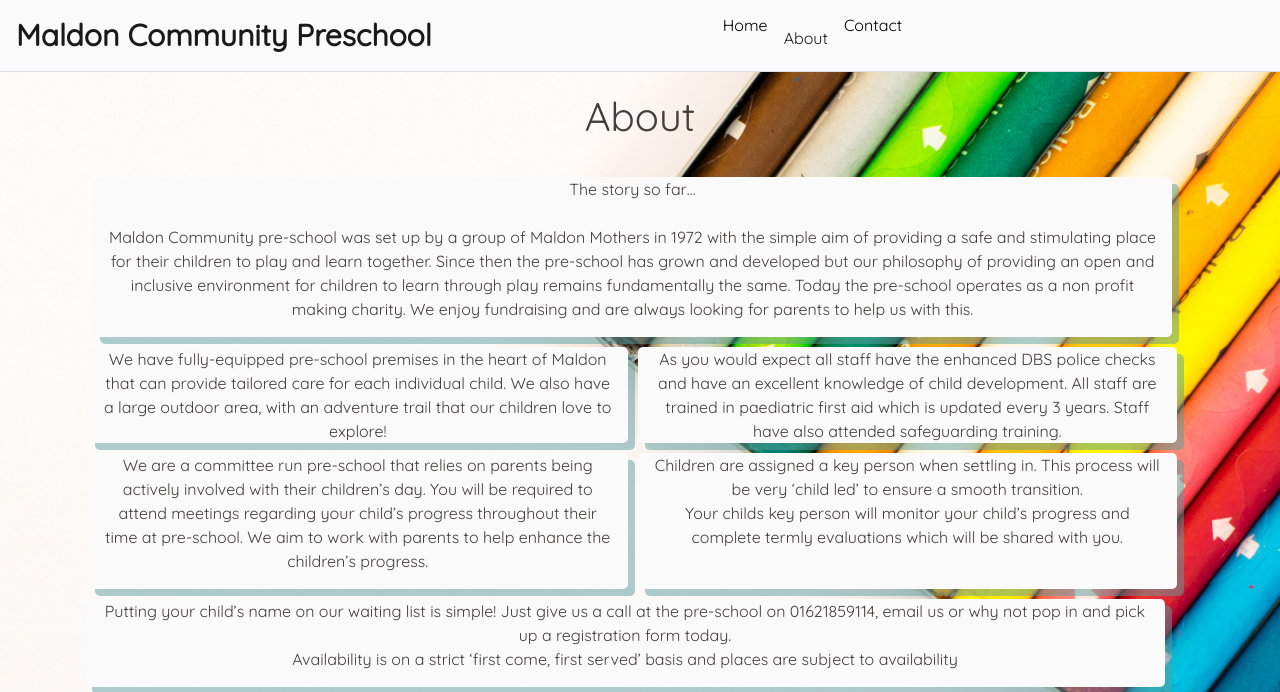
Repository: parkslee/milestone_1
Page: about.html
The author's editor kept a record of every edit. The page is drawn from the files as they stood at one moment, then again after the next edit.
The browser window is 1280 px wide. The pictures show the part of the page from y = 0 to 692 px (the page is 1340 px tall).
Pictures or frames that could not be fetched are drawn as grey boxes. Some web libraries are served in a nearby version.

Above is the page before.

### about.html
<!DOCTYPE html>
<html lang="en">

<head>
    <meta charset="UTF-8">
    <meta name="viewport" content="width=device-width, initial-scale=1.0">
    <meta http-equiv="X-UA-Compatible" content="ie=edge">
    <link rel="stylesheet" href="https://maxcdn.bootstrapcdn.com/bootstrap/4.2.1/css/bootstrap.min.css" type="text/css" />
    <link rel="stylesheet" href="https://maxcdn.bootstrapcdn.com/font-awesome/4.7.0/css/font-awesome.min.css" type="text/css" />
    <link rel="stylesheet" href="https://cdnjs.cloudflare.com/ajax/libs/hover.css/2.1.1/css/hover-min.css" type="text/css" />

    <link rel="stylesheet" href="assets\css\style.css">
    <title>About</title>
</head>

<body class="about-image">
    <!----------------------------------------------------------------navigation-->
    <header>
        <div class="container-fullwidth">
            <nav class="navbar navbar-expand-lg navbar-light bg-light-about border-bottom ">
                <a class="navbar-brand" href="./index.html">Maldon Community Preschool</a>
                <button class="navbar-toggler" type="button" data-toggle="collapse" data-target="#navbarNav" aria-controls="navbarNav" aria-expanded="false" aria-label="Toggle navigation">
                    <span class="navbar-toggler-icon"></span>
                </button>
                <div class="collapse navbar-collapse" id="navbarNav">
                    <ul class="navbar-nav text-center ml-auto">
                        <li class="nav-item">
                            <a class="nav-link-star" href="./index.html">Home </a>
                        </li>
                        <li class="nav-item">
                            <a class="nav-link active" href="./about.html">About<span
                                    class="sr-only">(current)</span></a>
                        </li>
                        <li class="nav-item">
                            <a class="nav-link-star" href="./contact.html">Contact</a>
                        </li>
                        <li class="nav-item">
                            <a class="nav-link" href="./calender.html">Term Calender</a>
                        </li>
                        <li class="nav-item">
                            <a class="nav-link" href="./newsletter.html">Newsletter</a>
                        </li>
                        <li class="nav-item">
                            <a class="nav-link" href="./updates.html">Recent Updates</a>
                        </li>
                    </ul>
                </div>
            </nav>
        </div>
    </header>


    <div class="about-content">

                <h1>About</h1>
                <br>

        <div class="row justify-content-center">

            <div class="col-sm-12 col-md-10 newsletter-blocks">

                <p>The story so far…
                    <br>
                    <br> Maldon Community pre-school was set up by a group of Maldon Mothers in 1972 with the simple aim of providing a safe and stimulating place for their children to play and learn together. Since then the pre-school has grown and developed
                    but our philosophy of providing an open and inclusive environment for children to learn through play remains fundamentally the same. Today the pre-school operates as a non profit making charity. We enjoy fundraising and are always
                    looking for parents to help us with this.</p>

            </div>

                <div class="col-sm-12 col-md-5 newsletter-blocks">We have fully-equipped pre-school premises in the heart of Maldon that can provide tailored care for each individual child. We also have a large outdoor area, with an adventure trail that our children love to explore!
                </div>

                <div class="col-sm-12 col-md-5 newsletter-blocks">As you would expect all staff have the enhanced DBS police checks and have an excellent knowledge of child development. All staff are trained in paediatric first aid which is updated every 3 years. Staff have also attended safeguarding
                    training.
                </div>




        </div>

        <div class="row justify-content-center">
            <div class="col-sm-12 col-md-5 newsletter-blocks ">
                <p>
                    We are a committee run pre-school that relies on parents being actively involved with their children’s day. You will be required to attend meetings regarding your child’s progress throughout their time at pre-school. We aim to work with parents to help
                    enhance the children’s progress.
                </p>
            </div>
            <div class="col-sm-12 col-md-5 newsletter-blocks ">
                <p>Children are assigned a key person when settling in. This process will be very ‘child led’ to ensure a smooth transition.
                    <br> Your childs key person will monitor your child’s progress and complete termly evaluations which will be shared with you.</p>

            </div>
            <div class="row justify-content-center">
                <div class="col-sm-12 col-md-10 newsletter-blocks ">
                    <p>
                        Putting your child’s name on our waiting list is simple! Just give us a call at the pre-school on 01621859114, email us or why not pop in and pick up a registration form today.
                        <br> Availability is on a strict ‘first come, first served’ basis and places are subject to availability
                    </p>
                </div>
            </div>
        </div>





        <!------------Embeded google map-------------->
        <div class="Map">
            <iframe src="https://www.google.com/maps/embed?pb=!1m18!1m12!1m3!1d2471.2500818795147!2d0.6814127151896718!3d51.728461079672066!2m3!1f0!2f0!3f0!3m2!1i1024!2i768!4f13.1!3m3!1m2!1s0x47d8e126a0f09c29%3A0xe55033600089c419!2sMaldon%20Community%20Pre-school!5e0!3m2!1sen!2suk!4v1570910722496!5m2!1sen!2suk"
                width="100%" height="450" frameborder="0" style="border:0;" allowfullscreen=""></iframe>
        </div>
        <!----inline style change as such a small snippet to change--->
        <p style="color:#fafafa;">
            Wantz Chase, Maldon CM9 5DN
            <br> 01621 859114
        </p>
    </div>
    </div>






    <!---------------------------first footer only displayed on desktop view-------------------->
    <!------https://medium.com/wdstack/bootstrap-4-hidden-visible-dd969a4c5854 tutorial for display properties bootstrap---->
    <div class="container">
        <footer class="d-none d-md-block">



            <div id="footer-details" class="row">
                <div class="col-sm-4">
                    <p class="inline-block charity" style="color:#fafafa;">
                        © 2019. Maldon Community Pre-School. All rights reserved. Registered Charity Number: 1130470 </p>
                </div>

                <div class="col-sm-4 ml-auto">
                    <ul class="list-inline social-links">
                        <li class="list-inline-item">
                            <a target="_blank" href="https://facebook.com">
                                    <i class="fa fa-facebook" aria-hidden="true"></i>
                                    <span class="sr-only">Facebook</span>
                                </a>
                        </li>
                        <li class="list-inline-item">
                            <a target="_blank" href="https://twitter.com">
                                    <i class="fa fa-twitter" aria-hidden="true"></i>
                                    <span class="sr-only">Twitter</span>
                                </a>
                        </li>
                        <li class="list-inline-item">
                            <a target="_blank" href="https://instagram.com">
                                    <i class="fa fa-instagram" aria-hidden="true"></i>
                                    <span class="sr-only">Instagram</span>
                                </a>
                        </li>
                        <li class="list-inline-item">
                            <a target="_blank" href="https://youtube.com">
                                    <i class="fa fa-youtube" aria-hidden="true"></i>
                                    <span class="sr-only">YouTube</span>
                                </a>
                        </li>
                    </ul>
                </div>
            </div>
        </footer>
    </div>



    <!----second footer for mobile view (charity number hidden as to cluttered on mobile view)  -->
    <!------https://medium.com/wdstack/bootstrap-4-hidden-visible-dd969a4c5854 tutorial for display properties bootstrap---->
    <footer class="d-md-none">
        <div id="footer-mobile">
            <ul class="list-inline social-links">
                <li class="list-inline-item">
                    <a target="_blank" href="https://facebook.com">
                            <i class="fa fa-facebook" aria-hidden="true"></i>
                            <span class="sr-only">Facebook</span>
                        </a>
                </li>
                <li class="list-inline-item">
                    <a target="_blank" href="https://instagram.com">
                            <i class="fa fa-instagram" aria-hidden="true"></i>
                            <span class="sr-only">Instagram</span>
                        </a>
                </li>
                <li class="list-inline-item">
                    <a target="_blank" href="https://youtube.com">
                            <i class="fa fa-youtube" aria-hidden="true"></i>
                            <span class="sr-only">YouTube</span>
                        </a>
                </li>
            </ul>
        </div>
    </footer>


    <script src="https://code.jquery.com/jquery-3.3.1.slim.min.js" integrity="sha384-q8i/X+965DzO0rT7abK41JStQIAqVgRVzpbzo5smXKp4YfRvH+8abtTE1Pi6jizo" crossorigin="anonymous"></script>
    <script src="https://cdnjs.cloudflare.com/ajax/libs/popper.js/1.14.7/umd/popper.min.js" integrity="sha384-UO2eT0CpHqdSJQ6hJty5KVphtPhzWj9WO1clHTMGa3JDZwrnQq4sF86dIHNDz0W1" crossorigin="anonymous"></script>
    <script src="https://stackpath.bootstrapcdn.com/bootstrap/4.3.1/js/bootstrap.min.js" integrity="sha384-JjSmVgyd0p3pXB1rRibZUAYoIIy6OrQ6VrjIEaFf/nJGzIxFDsf4x0xIM+B07jRM" crossorigin="anonymous"></script>
</body>

</html>

### assets/css/style.css
@import url('https://fonts.googleapis.com/css?family=Quicksand&display=swap');

body {
    font-family: 'Quicksand', sans-serif;
}

/*---------------------------------------------------------index.html---------------*/

.bgimage {
    background-image: url(../images/home-bg2.jpg);
    background-size: cover;
    height: 100vh;
    background-repeat: no-repeat;
}

.navbar-nav .nav-link {
    margin-top: 5px;

}

.navbar-brand{
    font-weight: bold;
    font-size:20px;
}

.navbar-light .navbar-nav .nav-link {
    color: #fafafa;
}

.bg-light-index {
background-color: rgb(147, 124, 203) !important;
}


.bg-light {
    background-color: rgb(255, 255, 255, 0.0) !important;
}

.jumbotron {
    margin: 5% 5%;
    box-shadow: 10px 10px rgb(95, 158, 160, 0.5);
    background-color: rgb(255, 240, 245, 0.8);
}



.btn-primary {
    color: #fafafa;
    background-color: #866ecd;
    border-color: #866ccd;
}

.btn-primary:hover {

    background-color: #ffc107;
    border-color: #ffc107;
}

.newsletter {
    background-color: #fafafa;
    position: relative;
    color: #423e3e;
    margin-bottom: 20px;
box-shadow: 10px 10px rgb(95, 158, 160, 0.5);
    padding: 30px;
    border-radius: 10px;

}

.newsletter h1 {
    padding-top: 5px;
    text-align: center;
}

.updates-index {
    background-color: rgb(95, 158, 160);
    color: #423e3e;
    margin-bottom: 20px;
    border-radius: 10px;
    padding: 50px;
    box-shadow: 10px 10px rgb(255, 255, 255, 0.5);
}

.updates-index h1 {
    text-align: center;
}


/*-------------------------------------------------------footer------------*/

.social-links {
    padding-bottom: 0px;
}

.social-links li a i {
    width: 42px;
    height: 42px;
    padding: 12px 0;
    border-radius: 50%;
    font-size: 21px;
    line-height: 19px;
    text-align: center;
    color: #fafafa;
    background: cadetblue;
    transition: all 0.35s ease-in-out;

}

.social-links li a i:hover {
    background: #dc3545;
}

#footer-details {
    padding: 20px;
    background-color: rgb(255, 255, 255, 0.0);
    position: relative;
    left: 0;
    bottom: 0;
}

#footer-mobile {
    padding: 20px;
    background-color: rgb(255, 255, 255, 0.0);
    width: 100%;
    text-align: center;
}

/*---------------------------------------------------------------contact page--------------------*/

.contact-image {
    background-image: url(../images/contact-bg.jpg);
    background-size: cover;
    height: 100%;
    background-repeat: no-repeat;
}

.bg-light-contact{
background-color: rgb(199, 208, 217) !important;
}

form {
    margin: 20px;
}

.form-control {
    background-color: rgb(255, 240, 245, 0.8);
}

.contact-btn {
    background-color: cadetblue;
    border-color: cadetblue;
}

.emergency-contact {
    text-align: center;
    color: #000100;
}

/*------------------------------------------------------------------------- About--------------*/

.about-image {
    background-image: url(../images/about-bg.jpg);
    background-size: cover;
    height: 100%;
    background-repeat: no-repeat;
    background-position: 55%;

}

.about-content {
    text-align: center;
    color: #423e3e;
    margin-top: 20px;

}

.about-header{
    color: rgb(94, 94, 95);
}

.about-nav {
    color: black;
}

/*----------.row style adjusted to stop screen streching------*/
.row{
    margin-right: 0px;
}

.bg-light-about {
background-color: #fafafa !important;

}

/*-----styling added as bootstrap .nav-link class had to be changed to .nav-link-star so i could change the styling
of <a> --------*/

.nav-link-star{
    color: black;
    padding: 8px;
    margin-top: 5px;
}




/*-------------------------------------------------------------------------calender---------------*/

.calender-image {
    background-image: url(../images/pencil_glass.jpg);
    background-size: cover;
    height: 100%;
    background-repeat: no-repeat;
    background-position: 55%;

}

/*------------------------------------------time line--------------------*/

/*-------bootstrap time line - https://bootsnipp.com/snippets/OzQj-------*/

.timeline {
    list-style: none;
    padding: 20px 0 20px;
    position: relative;
}

.timeline:before {
    top: 0;
    bottom: 0;
    position: absolute;
    content: " ";
    width: 3px;
    background-color: #eeeeee;
    left: 50%;
    margin-left: -1.5px;
}

.timeline>li {
    margin-bottom: 20px;
    position: relative;
}

.timeline>li:before,
.timeline>li:after {
    content: " ";
    display: table;
}

.timeline>li:after {
    clear: both;
}

.timeline>li:before,
.timeline>li:after {
    content: " ";
    display: table;
}

.timeline>li:after {
    clear: both;
}

.timeline>li>.timeline-panel {
    width: 46%;
    float: left;
    border: 1px solid #d4d4d4;
    border-radius: 2px;
    padding: 20px;
    background-color: #fafafa;
    position: relative;
    -webkit-box-shadow: 0 1px 6px rgba(0, 0, 0, 0.175);
    box-shadow: 0 1px 6px rgba(0, 0, 0, 0.175);
}

.timeline>li>.timeline-panel:before {
    position: absolute;
    top: 26px;
    right: -15px;
    display: inline-block;
    border-top: 15px solid transparent;
    border-left: 15px solid #ccc;
    border-right: 0 solid #ccc;
    border-bottom: 15px solid transparent;
    content: " ";
}

.timeline>li>.timeline-panel:after {
    position: absolute;
    top: 27px;
    right: -14px;
    display: inline-block;
    border-top: 14px solid transparent;
    border-left: 14px solid #fff;
    border-right: 0 solid #fff;
    border-bottom: 14px solid transparent;
    content: " ";
}

.timeline>li>.timeline-badge {
    color: #fff;
    width: 50px;
    height: 50px;
    line-height: 50px;
    font-size: 1.4em;
    text-align: center;
    position: absolute;
    top: 16px;
    left: 50%;
    margin-left: -25px;
    background-color: #999999;
    z-index: 100;
    border-top-right-radius: 50%;
    border-top-left-radius: 50%;
    border-bottom-right-radius: 50%;
    border-bottom-left-radius: 50%;
}

.timeline>li.timeline-inverted>.timeline-panel {
    float: right;
}

.timeline>li.timeline-inverted>.timeline-panel:before {
    border-left-width: 0;
    border-right-width: 15px;
    left: -15px;
    right: auto;
}

.timeline>li.timeline-inverted>.timeline-panel:after {
    border-left-width: 0;
    border-right-width: 14px;
    left: -14px;
    right: auto;
}

.timeline-badge.primary {
    background-color: #2e6da4 !important;
}

.timeline-badge.success {
    background-color: #3f903f !important;
}

.timeline-badge.warning {
    background-color: #28a745 !important;
}

.timeline-badge.danger {
    background-color: #d9534f !important;
}

.timeline-badge.info {
    background-color: #5bc0de !important;
}

.timeline-title {
    margin-top: 0;
    color: inherit;
}

.timeline-body>p,
.timeline-body>ul {
    margin-bottom: 0;
}

.timeline-body>p+p {
    margin-top: 5px;
}

@media (max-width: 767px) {
    ul.timeline:before {
        left: 40px;
    }

    ul.timeline>li>.timeline-panel {
        width: calc(100% - 90px);
        width: -moz-calc(100% - 90px);
        width: -webkit-calc(100% - 90px);
    }

    ul.timeline>li>.timeline-badge {
        left: 15px;
        margin-left: 0;
        top: 16px;
    }

    ul.timeline>li>.timeline-panel {
        float: right;
    }

    ul.timeline>li>.timeline-panel:before {
        border-left-width: 0;
        border-right-width: 15px;
        left: -15px;
        right: auto;
    }

    ul.timeline>li>.timeline-panel:after {
        border-left-width: 0;
        border-right-width: 14px;
        left: -14px;
        right: auto;
    }
}

/*----------------------------------------------------------------newsletter.html-------------*/

.newsletter-image {
    background-image: url(../images/newsletter-bg.jpg);
    background-size: cover;
    height: 100%;
    background-repeat: no-repeat;
    background-position: 75%;
}



.newsletter-content {
    color: #423e3e;
    padding: 30px;
}

.newsletter-content h1 {
    text-align: center;
}

.newsletter-blocks {
    background-color: #fafafa;
    border-radius: 5px;
    margin: 5px;
    box-shadow: 7px 7px rgb(95, 158, 160, 0.5);

}

.newsletter-opener {
    text-align: center;
    padding: 10px;
}



/*------------------------------------------------------------------updates.html-----------*/

.updates-image {
    background-image: url(../images/crayon-bg.jpg);
    background-size: cover;
    height: 100%;
    background-repeat: no-repeat;
    background-position: 50%;
}

.updates {
    color: #423e3e;

    padding: 30px;
}

.updates h1 {

    text-align: center;
}


.update-blocks {
    background-color: #fafafa;
    border-radius: 5%;
    margin: 5px;
    box-shadow: 7px 7px rgb(95, 158, 160, 0.5);

}


/*------------------------------------------------------------------------- media----------*/

@media only screen and (min-width: 768px) {


    .footer-details {
        position: absolute;
    }

    /*---contact page----*/
    form {
        margin: 50px;
    }

    .contact-image {
        height: 100%;

    }

    .bgimage {

        background-size: cover;
        height: 100%;
        background-repeat: no-repeat;
    }

    .list-inline {
    padding-left: 70px;

}

.navbar-brand{

    font-size:30px;
}



}

After the next edit:
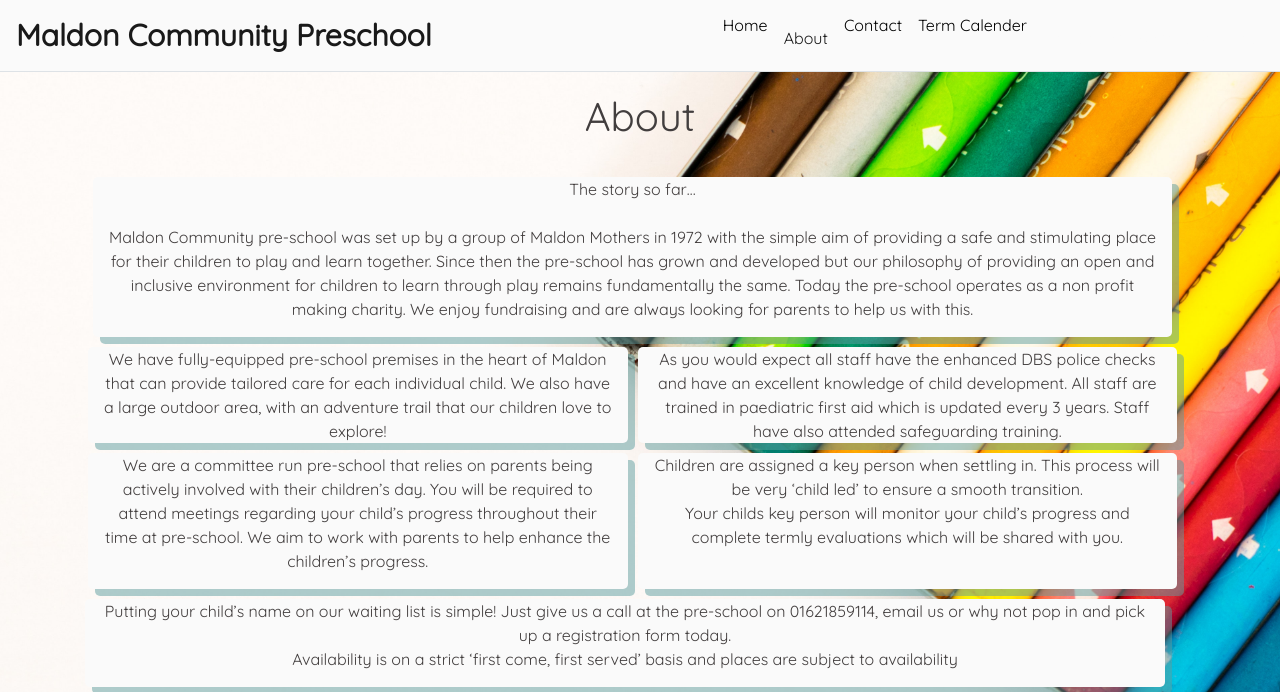
The edit:
--- a/about.html
+++ b/about.html
@@ -35,7 +35,7 @@
                             <a class="nav-link-star" href="./contact.html">Contact</a>
                         </li>
                         <li class="nav-item">
-                            <a class="nav-link" href="./calender.html">Term Calender</a>
+                            <a class="nav-link-star" href="./calender.html">Term Calender</a>
                         </li>
                         <li class="nav-item">
                             <a class="nav-link" href="./newsletter.html">Newsletter</a>
